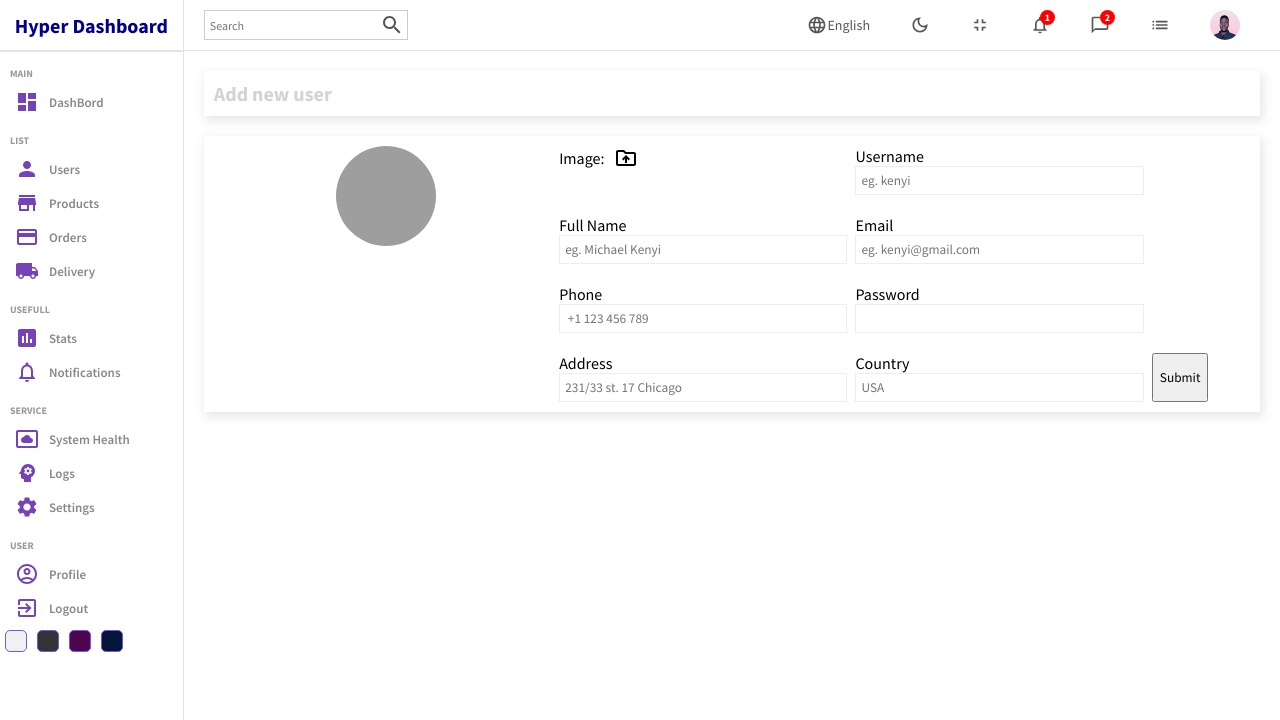
Repository: kenyi-mic/DashBoard
Page: /users/new
The author's editor kept a copy of each file at every save. The page is drawn from the files as they stood at one save, then again after the next save.
The browser window is 1280 px wide. The pictures show the whole page.
Pictures or frames that could not be fetched are drawn as grey boxes. The project was rebuilt for these pictures with package versions that can differ from the ones it lists, and the page was loaded fresh each time. Also part of the build but not shown: src/pages/home/home.scss, src/pages/home/Home.jsx, src/pages/list/list.scss, src/components/datatable/datatable.scss, src/datatableSource.js, src/components/datatable/Datatable.jsx, src/pages/list/List.jsx, src/pages/single/single.scss and 6 more.

Above is the page before, as saved 2022-05-24 15:39:37.

After the next save:
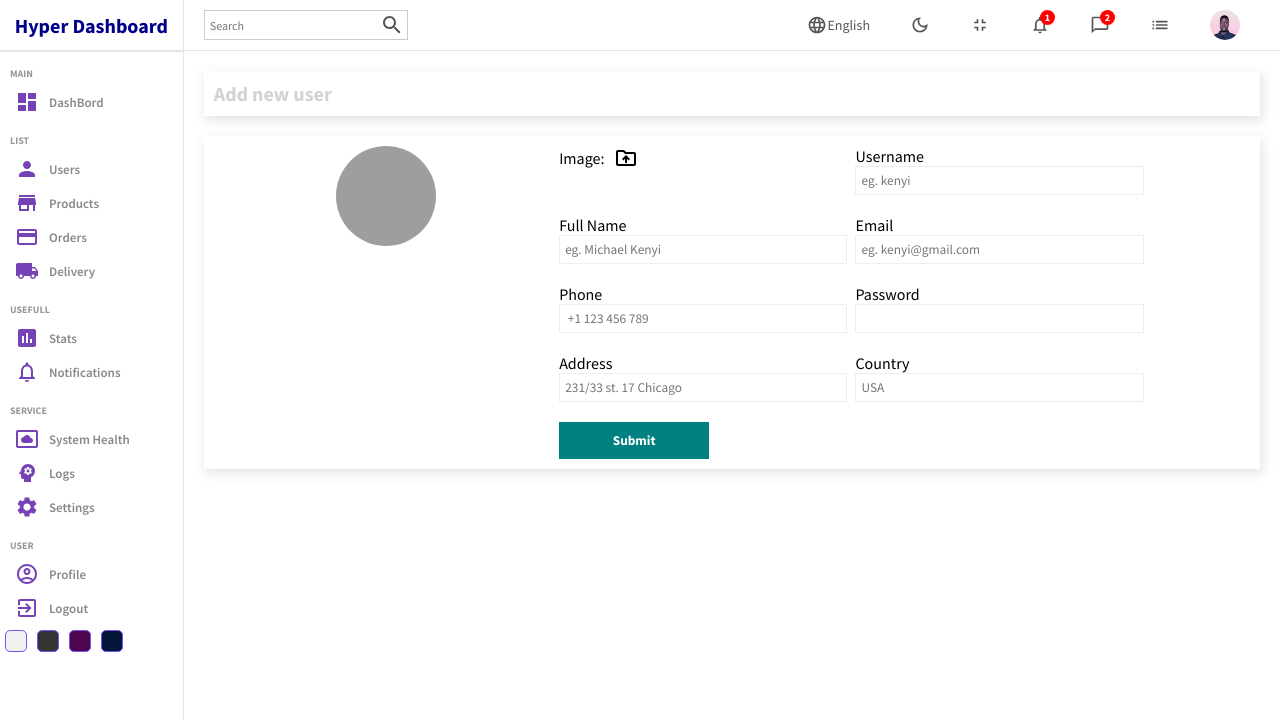
Saved 4 min 16 s later.
--- a/src/pages/new/new.scss
+++ b/src/pages/new/new.scss
@@ -61,6 +61,15 @@
                             outline: none;
                         }
                     }
+
+                    button {
+                        width: 150px;
+                        padding: 10px;
+                        border: none;
+                        background-color: teal;
+                        color: #fff;
+                        font-weight: 700;
+                    }
                 }
 
             }
